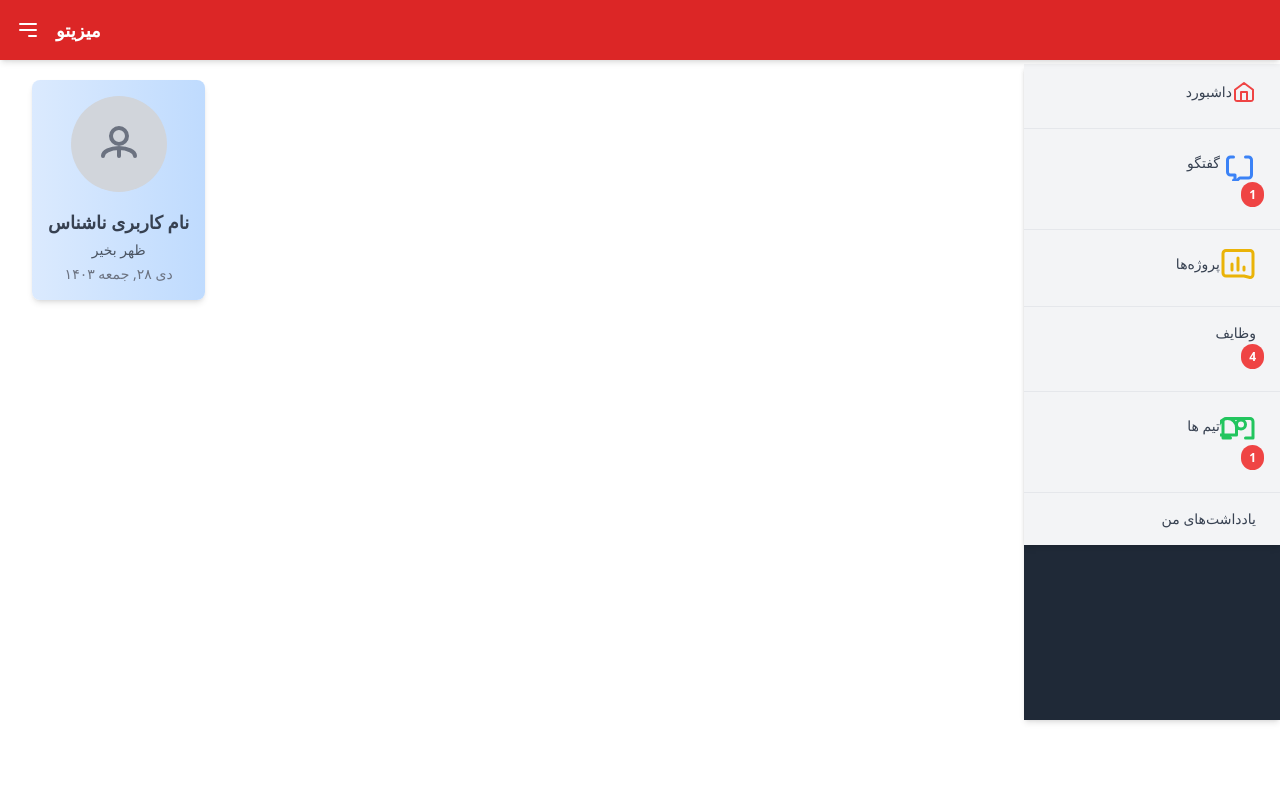
Repository: spnovaa/work-hive
Page: / (app in front_end/)
An editor plug-in stored every save of this project. The page is shown before and after a run of saves, followed by the edit.
The browser window is 1280 px wide. The pictures show the whole page.
The page's requests for data from a server got no answer. The project was rebuilt for these pictures with package versions that can differ from the ones it lists, and the page was loaded fresh each time. No one was signed in, and anything a server would have sent is missing. Also part of the build but not shown: front_end/src/api/auth.js, front_end/src/components/loadingSpinner.jsx, front_end/src/pages/login.jsx, front_end/src/pages/registration.jsx, front_end/src/common/axiosInstance.js, front_end/src/components/profile/profileSettingsModal.jsx, front_end/src/components/profile/dropdown.jsx, front_end/src/components/project/projectCardComponent.jsx and 10 more.

Above is the page before, as saved 2025-01-18 14:10:05.

After the next 2 saves:
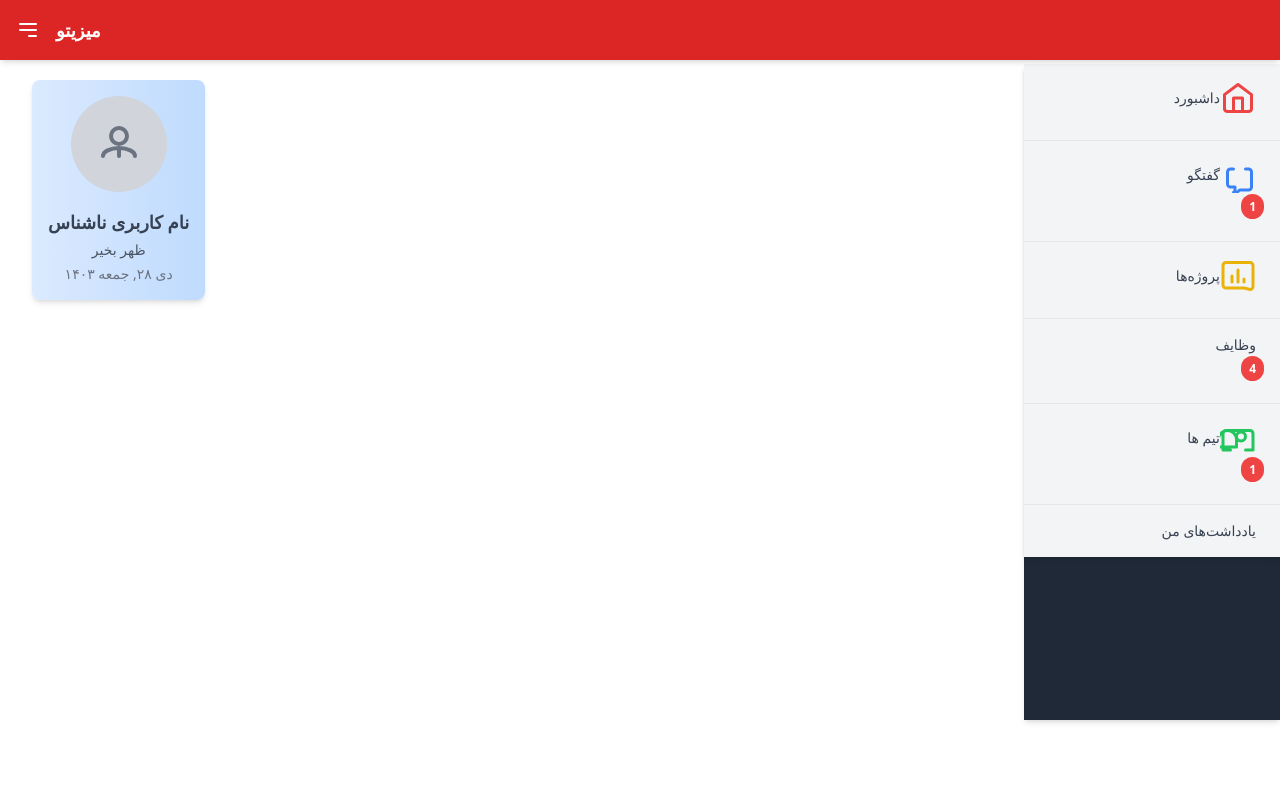
The 2 saves are shown as one change because they came seconds apart.
The last was saved 7 s later.
--- a/front_end/src/components/dashboardSidebar.jsx
+++ b/front_end/src/components/dashboardSidebar.jsx
@@ -33,7 +33,7 @@ function DashboardSidebar() {
                 icon={
                     <svg
                         xmlns="http://www.w3.org/2000/svg"
-                        className="h-6 w-6 text-red-500"
+                        className="h-9 w-9 text-red-500"
                         fill="none"
                         viewBox="0 0 24 24"
                         stroke="currentColor"
